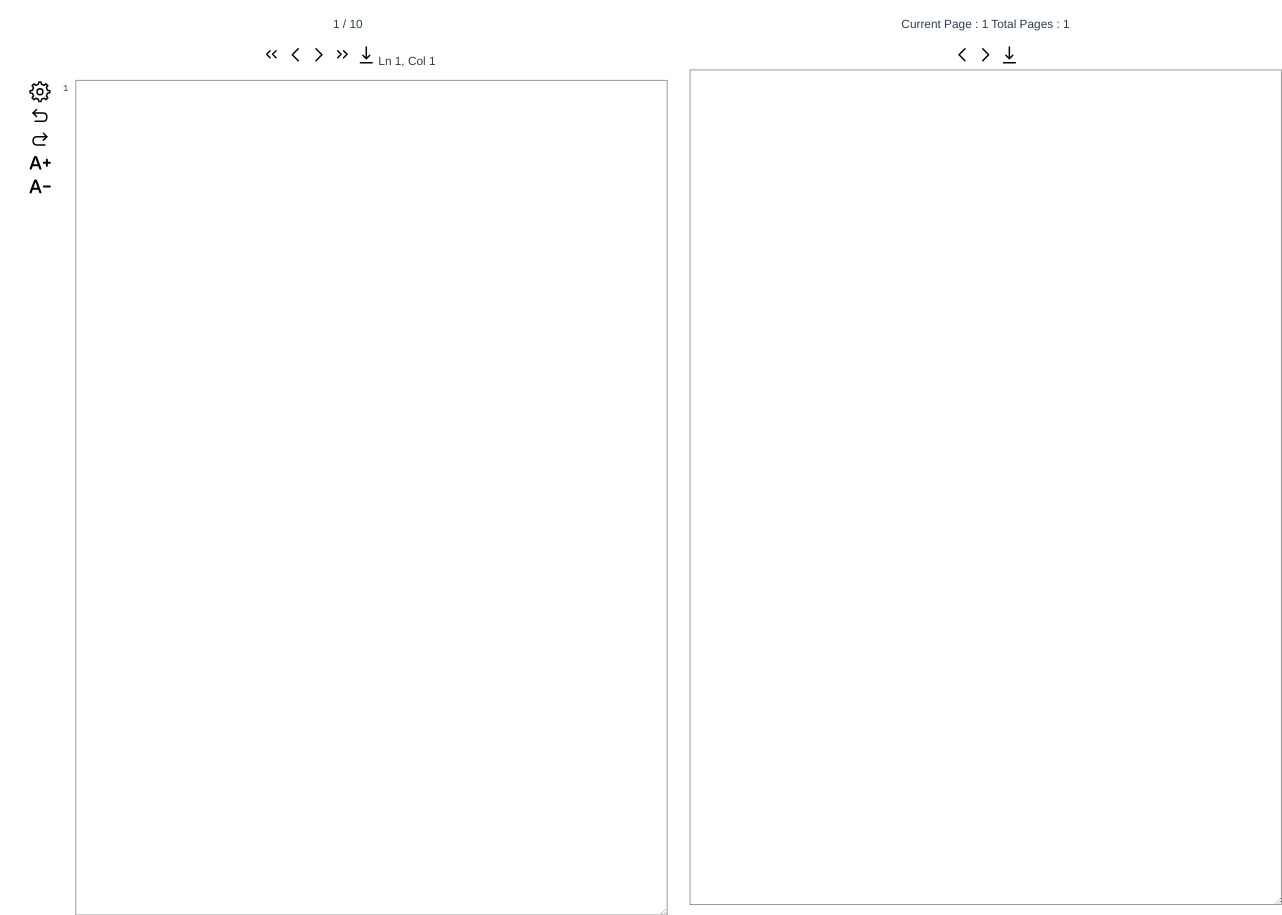
Repository: 321paranoiawhy/online-resume
Page: /
The author's editor kept a copy of each file at every save. The page is drawn from the files as they stood at one save, then again after the next save.
The browser window is 1280 px wide. The page is 1732 px wide, so the pictures cover 1732 px, including what lies to the right of the window. The pictures show the whole page, at 74% of full size.
The project was rebuilt for these pictures with package versions that can differ from the ones it lists, and the page was loaded fresh each time. Also part of the build but not shown: vue.config.js, src/components/Header.vue, src/components/Introduction.vue, src/components/Footer.vue.

Above is the page before, as saved 2022-05-29 15:47:00.

After the next save:
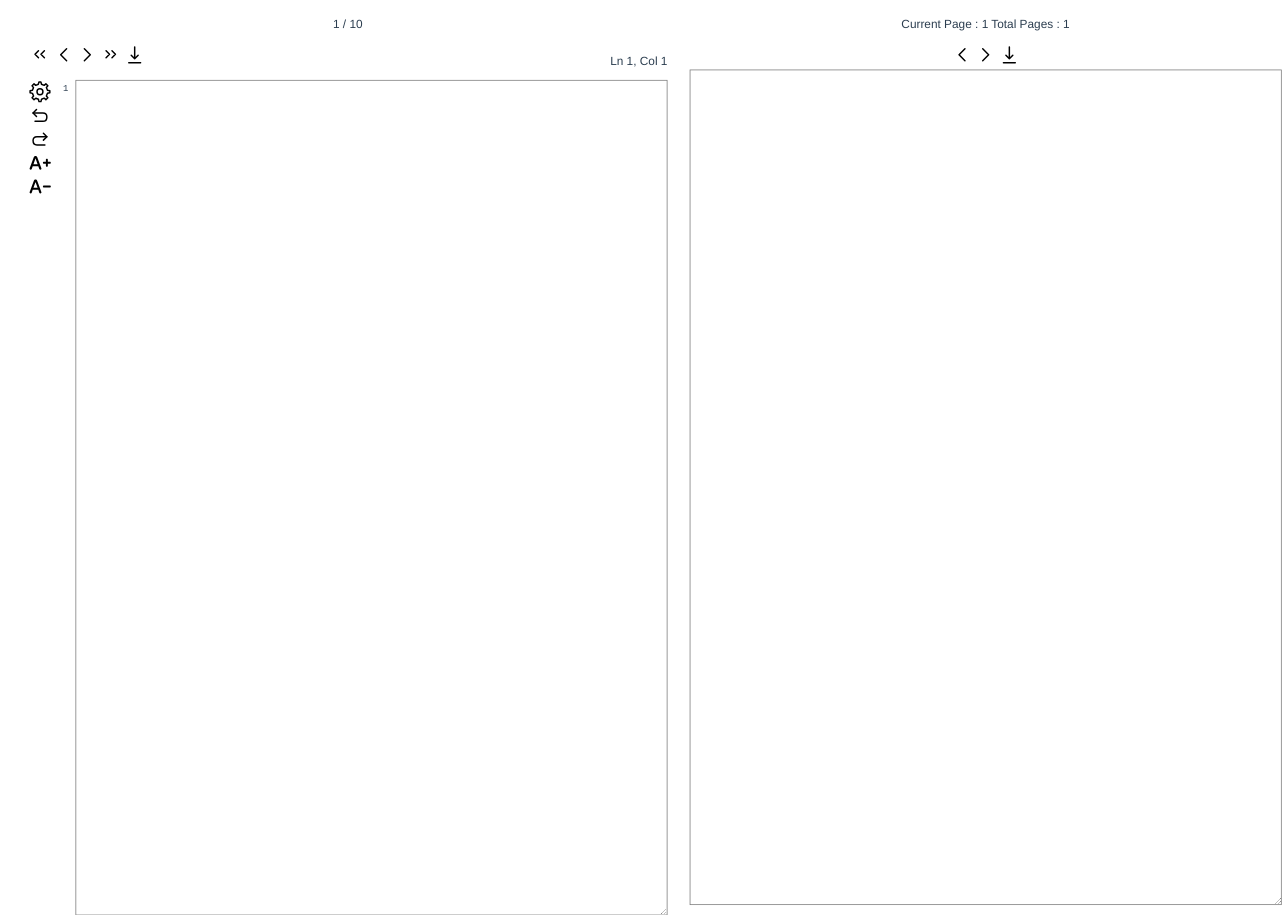
Saved 16 s later.
--- a/src/components/LeftInput.vue
+++ b/src/components/LeftInput.vue
@@ -139,7 +139,7 @@
         display: flex;
         justify-content: center;
         & p {
-            margin-right: 0;
+            margin-left: auto;
         }
     }
 }

After the save that followed:
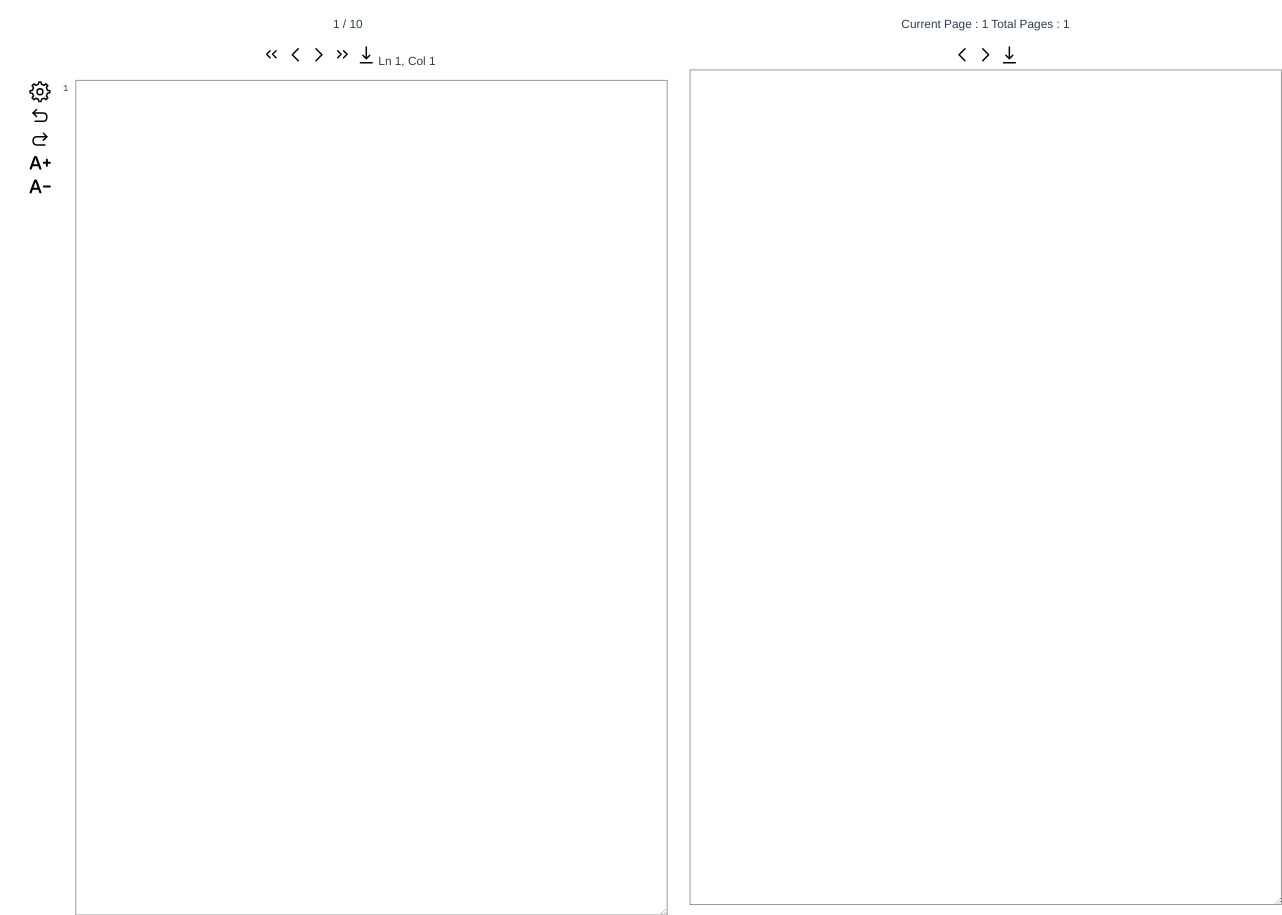
Saved 23 s later.
--- a/src/components/LeftInput.vue
+++ b/src/components/LeftInput.vue
@@ -139,7 +139,7 @@
         display: flex;
         justify-content: center;
         & p {
-            margin-left: auto;
+            // margin-left: auto;
         }
     }
 }
